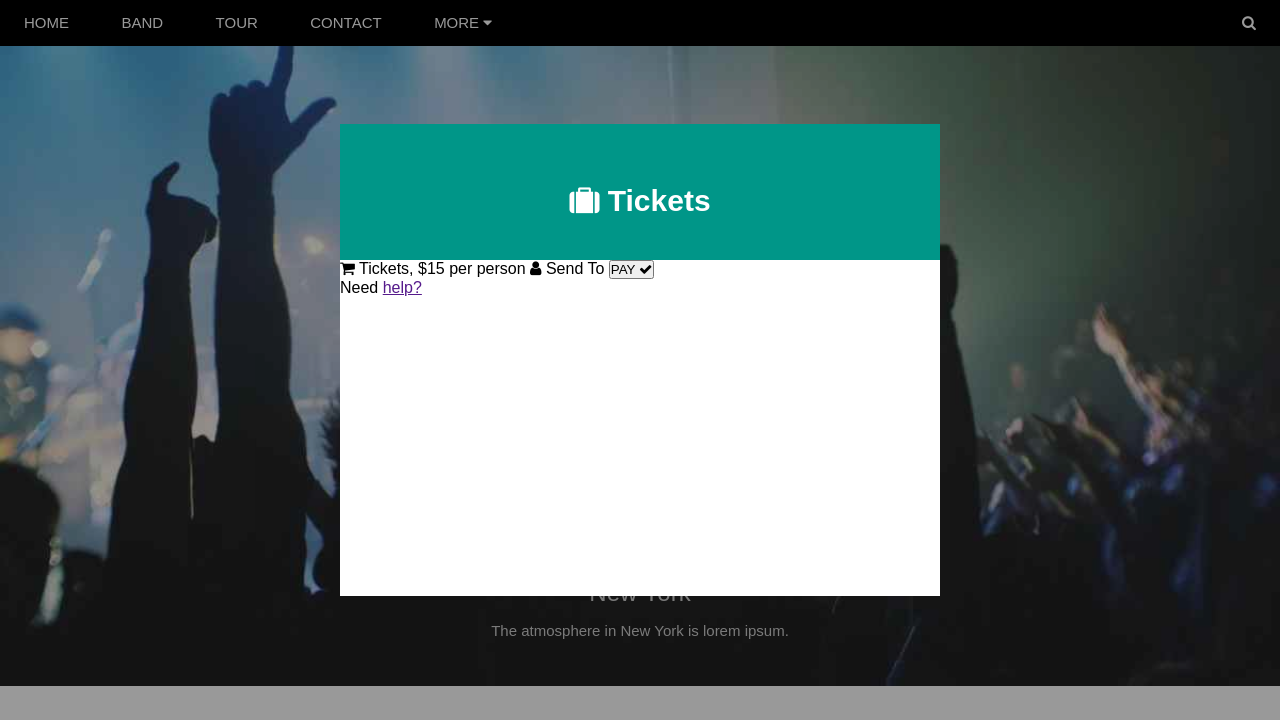
Repository: nguyenhoang2002062929/band
Page: index.html
The author's editor kept a copy of each file at every save. The page is drawn from the files as they stood at one save, then again after the next save.
The browser window is 1280 px wide. The pictures show the window.
A layer covers the whole window, so only the first screen is drawn.

Above is the page before, as saved 2023-06-06 10:26:09.

After the next save:
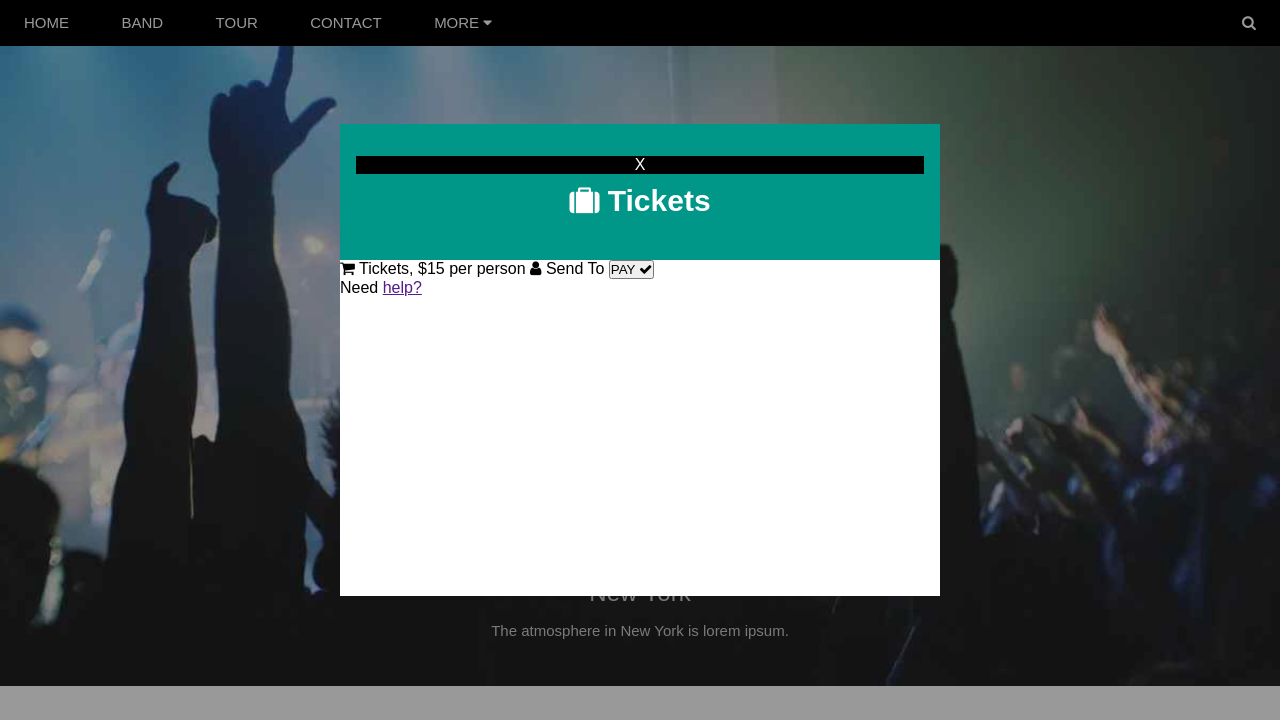
Saved 17 s later.
--- a/index.html
+++ b/index.html
@@ -132,8 +132,7 @@
     <div class="modal">
         <div class="modal-content">
             <div class="modal-header">
-                <span class="modal-close"></span>
-                <br>
+                <span class="modal-close">X</span>
                 <h2 ><i class="fa fa-suitcase w3-margin-right"></i> Tickets</h2>
             </div>
             <div class="modal-boby">

After the save that followed:
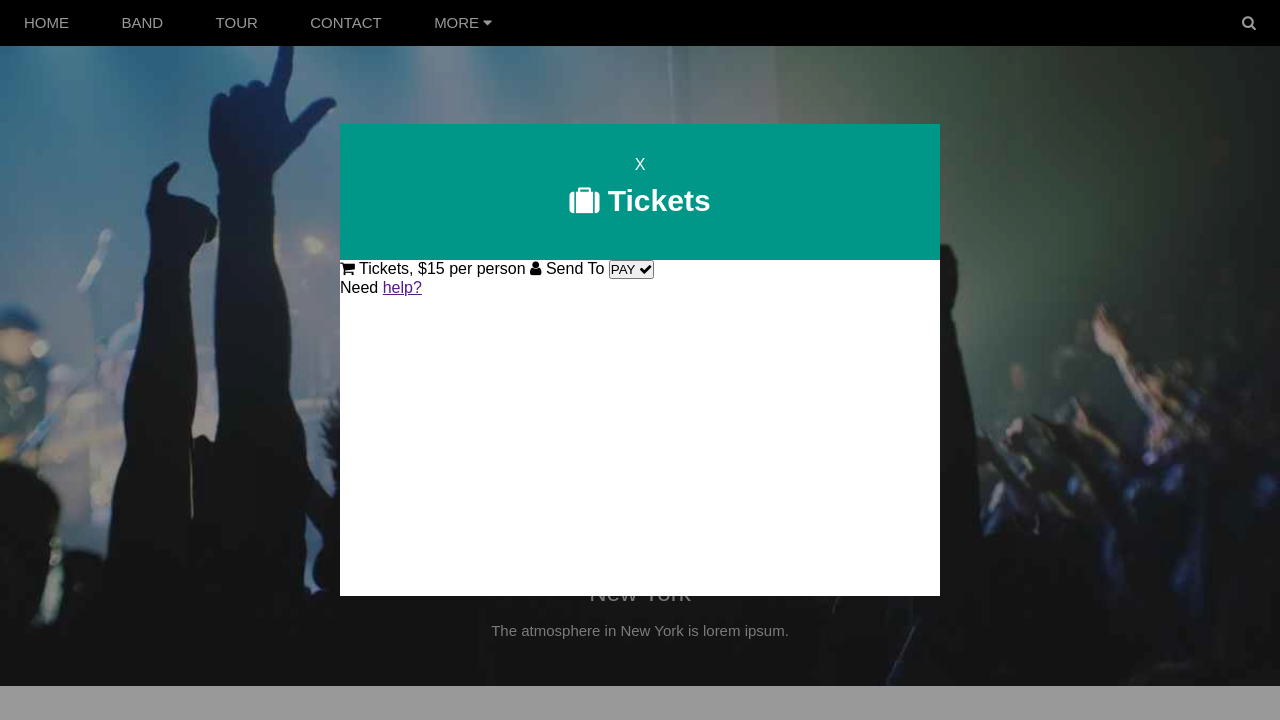
Saved 11 s later.
--- a/assets/css/style.css
+++ b/assets/css/style.css
@@ -263,6 +263,4 @@ cursor: pointer;
 }
 .modal-header .modal-close{
     color: #fff;
-    background-color: #000;
-    display: block;
-}
+}
